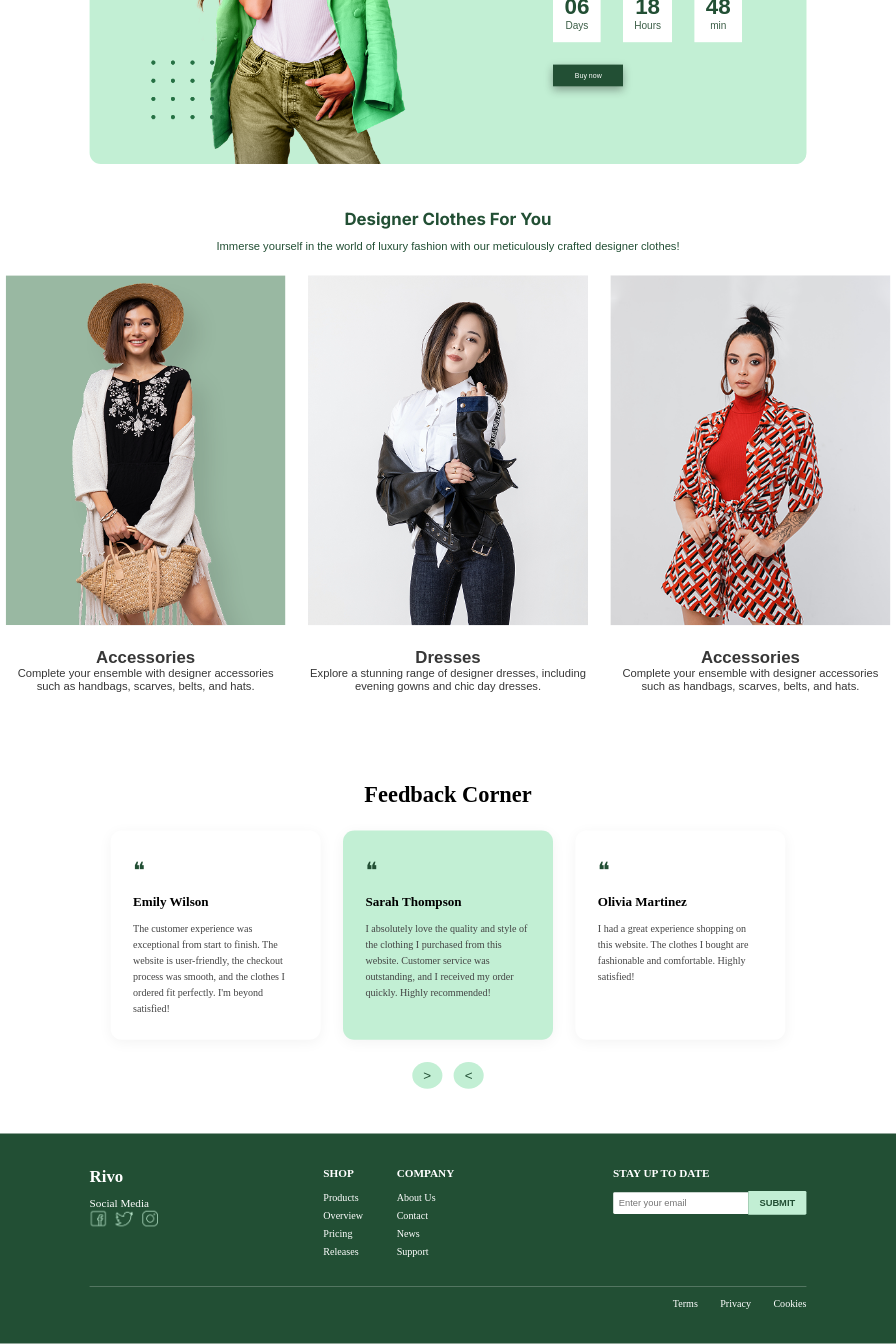
Repository: AdityaTech-Pro/FullStackWithBridgelabz
Page: Assignment6/Frontend-Dev-css/fashionWebsite/index.html
An editor plug-in stored every save of this project. The page is shown before and after a run of saves, followed by the edit.
The browser window is 1280 px wide. The pictures show the part of the page from y = 3645 to 5565 px (the page is 5565 px tall), at 70% of full size.

Above is the page before, as saved 2025-11-04 10:31:16.

### Assignment6/Frontend-Dev-css/fashionWebsite/index.html
<!DOCTYPE html>
<html lang="en">

<head>
    <meta charset="UTF-8">
    <meta name="viewport" content="width=device-width, initial-scale=1.0">
    <title>Document</title>
    <link rel="stylesheet" href="./style.css">

    <!--  Roboto Slab-->
    <link rel="preconnect" href="https://fonts.googleapis.com">
    <link rel="preconnect" href="https://fonts.gstatic.com" crossorigin>
    <link href="https://fonts.googleapis.com/css2?family=Dancing+Script:wght@400..700&family=Inter:ital,opsz,wght@0,14..32,100..900;1,14..32,100..900&family=Michroma&family=Raleway:ital,wght@0,100..900;1,100..900&family=Roboto+Slab:wght@100..900&display=swap"
        rel="stylesheet">



</head>

<body>
    <section class="main-section">
        <nav class="nav-bar">
            <div style="font-family: Elephant; font-size:x-large;">
                Rivo</div>


            <div class="nav-list ">
                <div>
                    HOME
                </div>
                <div>
                    SHOP
                </div>
                <div>
                    FEATURE
                </div>
                <div>
                    CONTACT
                </div>
            </div>


            <div class="nav-buttons">
                <!-- image -->
                <div>
                    <img src="./Asset/Group 1@2x.png" alt="" width="32" height="32">
                </div>
                <button class="login">LOGIN</button>
            </div>
        </nav>
        <!-- left -->

        <div class="hero-section">
            <div class="left-box">
                <div>
                    <h1 style="font-size:50px; letter-spacing: 86;text-align: left; color: #224F34; font-family: Rufina;">Discover and Find Your Own Fashion!</h1>
                </div>
                <div>
                    <p style="line-height: 220%; width: 75%; color: #267D49; font-family: sans-serif;">
                        Explore our curated collection of stylish clothing and accessories tailored to your unique taste.</p>
                </div>
                <div>
                    <button class="explor-buttom">EXPLOR NOW</button>
                </div>
            </div>
            <!-- right -->
            <div class="image-box">
                <img class="dottop-img" src="./Asset/Group 38.png" alt="" width="80px">
                <img class="model-img" src="./Asset/pexels-dima-valkov-6402847 2.png" alt="">
                <img class="dot-img" src="./Asset/Group 38.png" alt="" width="80px">
            </div>

        </div>
    </section>

    <!-- cards collections -->
    <section class="card-section">
        <div class="card-heading">
            <h1 style="padding-bottom: 1rem; ">Best selling</h1>
            <p style="font-family: sans-serif ; color: #224F34;">Get in on the trend with our curated selection of best-selling styles.</p>
        </div>
        <!-- cards  -->
        <div class="all-cards">

            <div class="card">
                <div class="card-img">
                    <img src="./Asset/pexels-dima-valkov-6211621 1.png" style=" background-color: #99b8a2;" alt="">
                </div>
                <!-- info -->
                <div class="card-info">
                    <p>Regular Fit Long Sleeve Top</p>
                    <div style="display: flex; flex-direction: row; justify-content:center;gap:1rem ">
                        <p>$38.99</p>
                        <p>|</p>
                        <div>5.0
                            <img src="./Asset/fi-ss-star.png" alt="" width="14" ; height="14"></div>
                    </div>
                </div>
            </div>

            <div class="card">
                <div class="card-img">
                    <img src="./Asset/pexels-dima-valkov-6211616 (1) 2.png" style=" background-color: #A3CDB5;" alt="">
                </div>
                <!-- info -->
                <div class="card-info">
                    <p>Textured Sunset Shirt</p>
                    <div style="display: flex; flex-direction: row; justify-content:center;gap:1rem ">
                        <p>$49.99</p>
                        <p>|</p>
                        <div>5.0
                            <img src="./Asset/fi-ss-star.png" alt="" width="14" ; height="14"></div>
                    </div>
                </div>
            </div>

            <div class="card">
                <div class="card-img">
                    <img src="./Asset/pexels-dima-valkov-6503007 3.png" style=" background-color: #CBDED3;" alt="">
                </div>
                <!-- info -->
                <div class="card-info">
                    <p>Regular Fit Long Sleeve Top</p>
                    <div style="display: flex; flex-direction: row; justify-content:center;gap:1rem ">
                        <p>$62.99</p>
                        <p>|</p>
                        <div>4.5
                            <img src="/Asset/fi-ss-star.png" alt="" width="14" ; height="14"></div>
                    </div>
                </div>
            </div>
        </div>

        <div style="display: flex; justify-content: center; margin: 3rem;">
            <button class="card-buttom">see all
        <img src="/Asset/Line 2.png" alt=""
        width="10"
        height="5"
        >
    </button>
        </div>
    </section>

    <!-- allproducts list  -->

    <section style="padding-bottom: 6rem;">
        <div class="product-header">
            Our products
        </div>

        <div class="product-list" style="font-family: sans-serif;">
            <div>
                SALE
            </div>
            <div>
                HOT
            </div>
            <div>
                NEW ARRIVAlS
            </div>
            <div>
                ACCESSORIES
            </div>
        </div>
        <!-- all card colecton  -->

        <div class="product-card">
            <div class="pcard">
                <div class="pcard-img">
                    <img src="/Asset/models/pexels-dima-valkov-6402848 1.png" style=" background-color: #CBDED3;" alt="">
                </div>
                <!-- info -->
                <div class="pcard-info">
                    <p>Regular Fit Long Sleeve Top</p>
                    <div style="display: flex; flex-direction: row; justify-content:center;gap:1rem ">
                        <p>$62.99</p>
                        <p>|</p>
                        <div>4.5
                            <img src="/Asset/fi-ss-star.png" alt="" width="14" ; height="14"></div>
                    </div>
                </div>
            </div>

            <div class="pcard">
                <div class="pcard-img">
                    <img src="/Asset/models/pexels-heitor-verdi-7665789 2.png" style=" background-color: #EFF2F3; " alt="">
                </div>
                <!-- info -->
                <div class="pcard-info">
                    <p>Regular Fit Long Sleeve Top</p>
                    <div style="display: flex; flex-direction: row; justify-content:center;gap:1rem ">
                        <p>$62.99</p>
                        <p>|</p>
                        <div>4.5
                            <img src="/Asset/fi-ss-star.png" alt="" width="14" ; height="14"></div>
                    </div>
                </div>
            </div>

            <div class="pcard">
                <div class="pcard-img">
                    <img src="/Asset/models/Frame 4.png" style=" background-color: #CBDED3;" alt="">
                </div>
                <!-- info -->
                <div class="pcard-info">
                    <p>Regular Fit Long Sleeve Top</p>
                    <div style="display: flex; flex-direction: row; justify-content:center;gap:1rem ">
                        <p>$62.99</p>
                        <p>|</p>
                        <div>4.5
                            <img src="/Asset/fi-ss-star.png" alt="" width="14" ; height="14"></div>
                    </div>
                </div>
            </div>

            <div class="pcard">
                <div class="pcard-img">
                    <img src="/Asset/models/pexels-monstera-6311613 (1) 1.png" style=" background-color: #CBDED3;" alt="">
                </div>
                <!-- info -->
                <div class="pcard-info">
                    <p>Regular Fit Long Sleeve Top</p>
                    <div style="display: flex; flex-direction: row; justify-content:center;gap:1rem ">
                        <p>$62.99</p>
                        <p>|</p>
                        <div>4.5
                            <img src="/Asset/fi-ss-star.png" alt="" width="14" ; height="14"></div>
                    </div>
                </div>
            </div>

            <div class="pcard">
                <div class="pcard-img">
                    <img src="/Asset/models/pexels-dima-valkov-6211614 1.png" style=" background-color: #CBDED3;" alt="">
                </div>
                <!-- info -->
                <div class="pcard-info">
                    <p>Regular Fit Long Sleeve Top</p>
                    <div style="display: flex; flex-direction: row; justify-content:center;gap:1rem ">
                        <p>$62.99</p>
                        <p>|</p>
                        <div>4.5
                            <img src="/Asset/fi-ss-star.png" alt="" width="14" ; height="14"></div>
                    </div>
                </div>
            </div>

            <div class="pcard">
                <div class="pcard-img">
                    <img src="/Asset/models/pexels-dima-valkov-6402846 1.png" style=" background-color: #CBDED3;" alt="">
                </div>
                <!-- info -->
                <div class="pcard-info">
                    <p>Regular Fit Long Sleeve Top</p>
                    <div style="display: flex; flex-direction: row; justify-content:center;gap:1rem ">
                        <p>$62.99</p>
                        <p>|</p>
                        <div>4.5
                            <img src="/Asset/fi-ss-star.png" alt="" width="14" ; height="14"></div>
                    </div>
                </div>
            </div>

            <div class="pcard">
                <div class="pcard-img">
                    <img src="/Asset/models/pexels-dima-valkov-6211601 1.png" style=" background-color: #CBDED3;" alt="">
                </div>
                <!-- info -->
                <div class="pcard-info">
                    <p>Regular Fit Long Sleeve Top</p>
                    <div style="display: flex; flex-direction: row; justify-content:center;gap:1rem ">
                        <p>$62.99</p>
                        <p>|</p>
                        <div>4.5
                            <img src="/Asset/fi-ss-star.png" alt="" width="14" ; height="14"></div>
                    </div>
                </div>
            </div>

            <div class="pcard">
                <div class="pcard-img">
                    <img src="/Asset/models/pexels-monstera-6311612 3.png" style=" background-color: #CBDED3;" alt="">
                </div>
                <!-- info -->
                <div class="pcard-info">
                    <p>Regular Fit Long Sleeve Top</p>
                    <div style="display: flex; flex-direction: row; justify-content:center;gap:1rem ">
                        <p>$62.99</p>
                        <p>|</p>
                        <div>4.5
                            <img src="/Asset/fi-ss-star.png" alt="" width="14" ; height="14"></div>
                    </div>
                </div>
            </div>


        </div>
    </section>

    <section class="offer-section">
        <div class="offer-left">
            <div><img src="/Asset/offer/excited-white-girl-bright-stylish-glasses-posing-pink-dreamy-curly-woman-playing-with-her-ginger-hair-laughing 1.png" alt="">
                <img class="dot-offer" src="/Asset/Group 38.png" alt="" width="" height="">
            </div>
        </div>
        <div class="offer-right">
            <div>Exclusive offer</div>
            <div>Unlock the ultimate style upgrade with our exclusive offer Enjoy savings of up to 40% off on our latest New Arrivals</div>
            <div class="offer-time">
                <div>
                    <p>06</p>
                    <p>Days</p>
                </div>
                <div>
                    <p>18</p>
                    <p>Hours</p>
                </div>
                <div>
                    <p>48</p>
                    <p>min</p>
                </div>
            </div>
            <button class="offer-buttom">Buy now</button>
        </div>
    </section>


    <!-- -------------  -->
    <section class="card-section">
        <div class="card-heading">
            <h1 style="padding-bottom: 1rem; ">Designer Clothes For You</h1>
            <p style="font-family: sans-serif ; color: #224F34;">Immerse yourself in the world of luxury fashion with our meticulously crafted designer clothes!</p>
        </div>
        <!-- cards  -->
        <div class="all-cards">

            <div class="card">
                <div class="card-img">
                    <img src="/Asset/diginercloth/elegant-woman-straw-hat-isolated 2.png" style=" background-color: #99b8a2;" alt="">
                </div>
                <!-- info -->
                <div class="card-info " style="color: #373737;">
                    <p style="font-weight: 600; font-size: x-large;">Accessories</p>
                    <p>Complete your ensemble with designer accessories such as handbags, scarves, belts, and hats.</p>
                </div>
            </div>

            <div class="card">
                <div class="card-img">
                    <img src="/Asset/diginercloth/pexels-dima-valkov-6211617 1.png" style=" background-color: #A3CDB5;" alt="">
                </div>
                <!-- info -->
                <div class="card-info" style="color: #373737;">
                    <p style="font-weight: 600;font-size: x-large;">Dresses</p>
                    <p>Explore a stunning range of designer dresses, including evening gowns and chic day dresses.</p>
                </div>
            </div>

            <div class="card">
                <div class="card-img">
                    <img src="/Asset/diginercloth/vknivfu sdkvbjieurg kjvn 1.png" style=" background-color: #CBDED3;" alt="">
                </div>
                <!-- info -->
                <div class="card-info" style="color: #373737;">
                    <p style="font-weight: 600;font-size: x-large; ">Accessories</p>
                    <p>Complete your ensemble with designer accessories such as handbags, scarves, belts, and hats.
                    </p>
                </div>
            </div>
        </div>


    </section>

    <!-- feedback  -->
    <section class="feedback-section">
        <h2>Feedback Corner</h2>
        <div class="feedback-container">

            <div class="feedback-card">
                <p class="quote">❝</p>
                <h3>Emily Wilson</h3>
                <p>The customer experience was exceptional from start to finish. The website is user-friendly, the checkout process was smooth, and the clothes I ordered fit perfectly. I'm beyond satisfied!</p>
            </div>

            <div class="feedback-card active">
                <p class="quote">❝</p>
                <h3>Sarah Thompson</h3>
                <p>I absolutely love the quality and style of the clothing I purchased from this website. Customer service was outstanding, and I received my order quickly. Highly recommended!</p>
            </div>

            <div class="feedback-card">
                <p class="quote">❝</p>
                <h3>Olivia Martinez</h3>
                <p>I had a great experience shopping on this website. The clothes I bought are fashionable and comfortable. Highly satisfied!</p>
            </div>

        </div>

        <div class="feedback-nav">
            <button class="nav-btn">></button>
            <button class="nav-btn">< </button>
        </div>
    </section>

    <!-- Footer Section -->
    <footer class="footer">
        <div class="footer-content">

            <div class="footer-left">
                <h3>Rivo</h3>
                <p>Social Media</p>
                <div class="social-icons">
                    <a href="#"><img src="/Asset/symbols/Facebook.png" alt="Facebook"></a>
                    <a href="#"><img src="/Asset/symbols/Twitter.png" alt="Twitter"></a>
                    <a href="#"><img src="/Asset/symbols/Instagram.png" alt="Instagram"></a>
                </div>
            </div>

            <div class="footer-mid">
                <div>
                    <h4>SHOP</h4>
                    <ul>
                        <li><a href="#">Products</a></li>
                        <li><a href="#">Overview</a></li>
                        <li><a href="#">Pricing</a></li>
                        <li><a href="#">Releases</a></li>
                    </ul>
                </div>

                <div>
                    <h4>COMPANY</h4>
                    <ul>
                        <li><a href="#">About Us</a></li>
                        <li><a href="#">Contact</a></li>
                        <li><a href="#">News</a></li>
                        <li><a href="#">Support</a></li>
                    </ul>
                </div>
            </div>

            <div class="footer-right">
                <h4>STAY UP TO DATE</h4>
                <div class="subscribe-box">
                    <input type="email" placeholder="Enter your email">
                    <button>SUBMIT</button>
                </div>
            </div>
        </div>

        <div class="footer-bottom">
            <p>Terms</p>
            <p>Privacy</p>
            <p>Cookies</p>
        </div>
    </footer>

</body>

</html>

Loaded but not shown: Assignment6/Frontend-Dev-css/fashionWebsite/style.css (430 lines, source omitted)

After the next 3 saves:
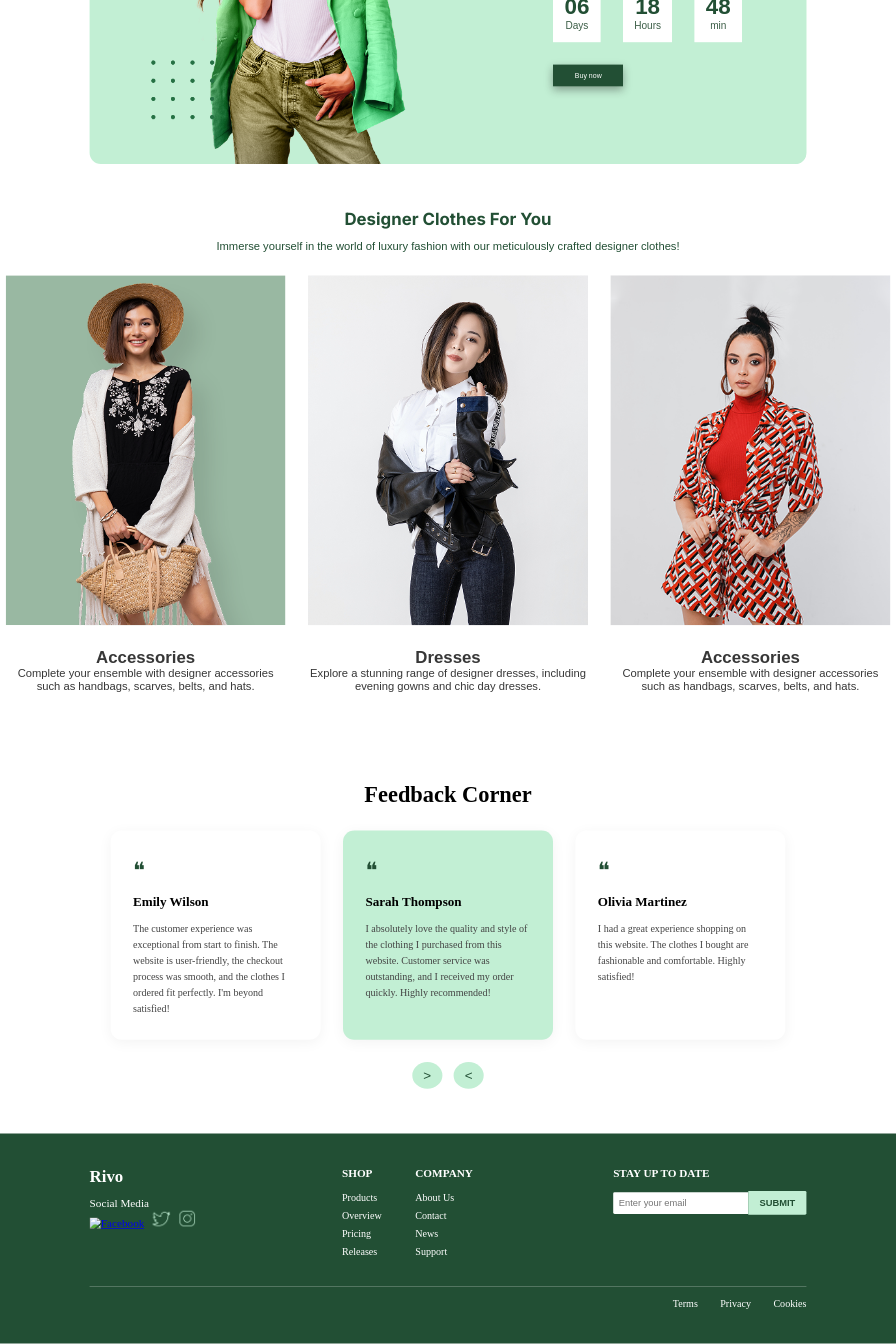
The 3 saves are shown as one change because they came seconds apart.
The last was saved 42 s later.
--- a/Assignment6/Frontend-Dev-css/fashionWebsite/index.html
+++ b/Assignment6/Frontend-Dev-css/fashionWebsite/index.html
@@ -411,7 +411,7 @@
                 <h3>Rivo</h3>
                 <p>Social Media</p>
                 <div class="social-icons">
-                    <a href="#"><img src="/Asset/symbols/Facebook.png" alt="Facebook"></a>
+                    <a href="#"><img src="./" alt="Facebook"></a>
                     <a href="#"><img src="/Asset/symbols/Twitter.png" alt="Twitter"></a>
                     <a href="#"><img src="/Asset/symbols/Instagram.png" alt="Instagram"></a>
                 </div>
